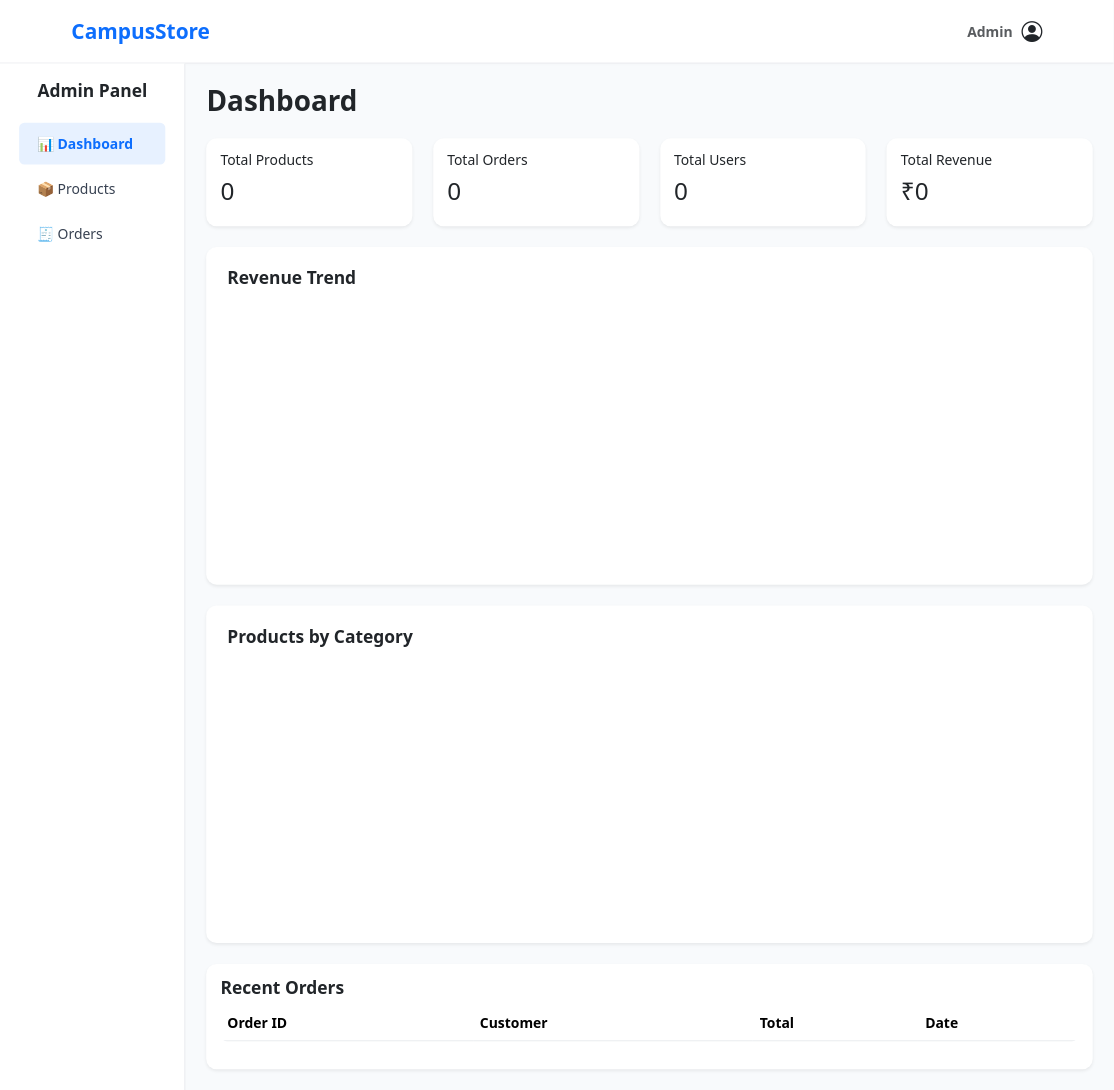
Repository: Kanika0004/CampusStore
Page: admin/dashboard.html
These files come from the project's save history. The page is drawn as it stood at one moment and after the next save; the edit follows.
The browser window is 1280 px wide. The pictures show the whole page, at 87% of full size.

Above is the page before, as saved 2026-03-14 00:54:19.
Console error (its wording comes from the project's code and is left out).

After the next save:
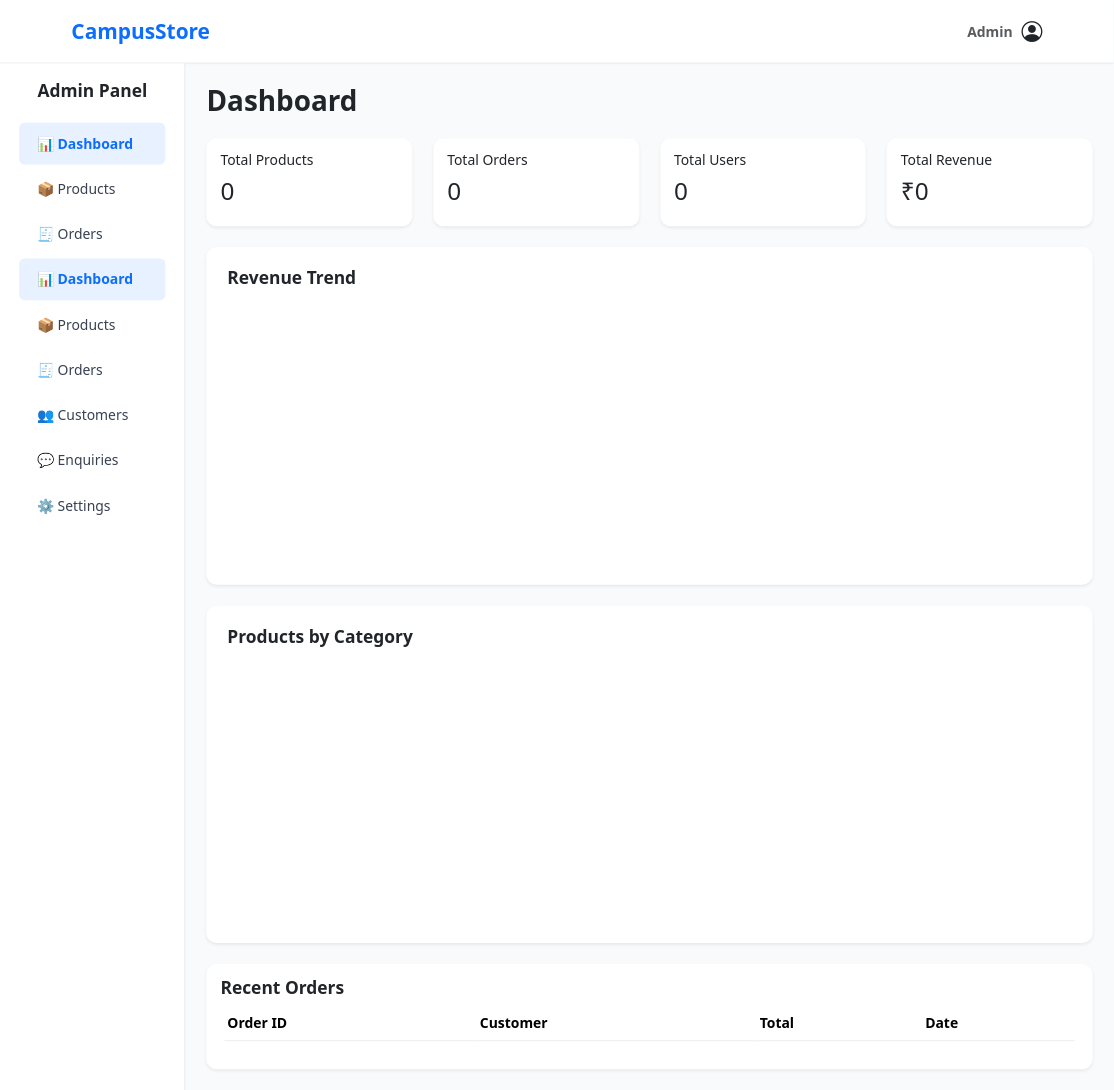
Saved 13 s later.
--- a/admin/dashboard.html
+++ b/admin/dashboard.html
@@ -136,6 +136,30 @@ font-size:16px;
 
 <a href="#" onclick="loadPage('orders.html', this)">
 🧾 Orders
+</a>
+
+<a href="dashboard.html" class="active">
+📊 Dashboard
+</a>
+
+<a href="#" onclick="loadPage('products.html', this)">
+📦 Products
+</a>
+
+<a href="#" onclick="loadPage('orders.html', this)">
+🧾 Orders
+</a>
+
+<a href="#" onclick="loadPage('customers.html', this)">
+👥 Customers
+</a>
+
+<a href="#" onclick="loadPage('enquiries.html', this)">
+💬 Enquiries
+</a>
+
+<a href="#" onclick="loadPage('settings.html', this)">
+⚙ Settings
 </a>
 
 </div>
